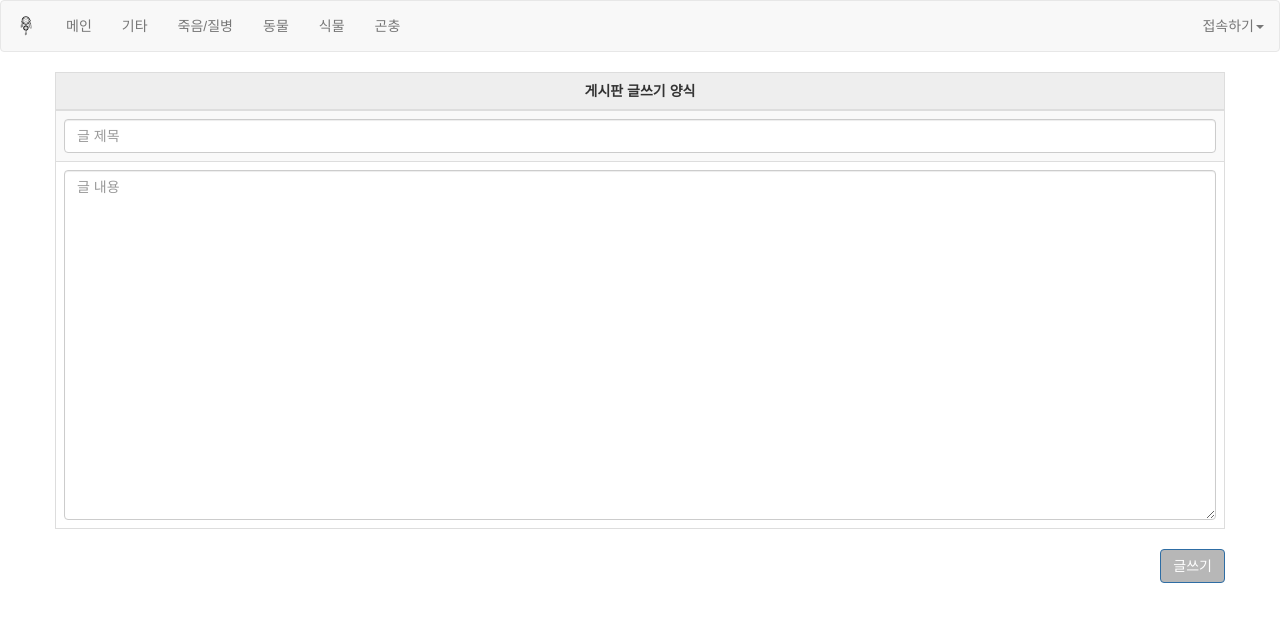
Repository: tjshee39/-1-2
Page: http://localhost/BBS/writeLife.jsp
The author's editor kept a copy of each file at every save. The page is drawn from the files as they stood at one save, then again after the next save.
The browser window is 1280 px wide. The pictures show the whole page.
Some web fonts or font styles are not loaded; a fallback is used. The page is served by Tomcat 9.

Above is the page before, as saved 2020-06-27 06:50:08.

After the next save:
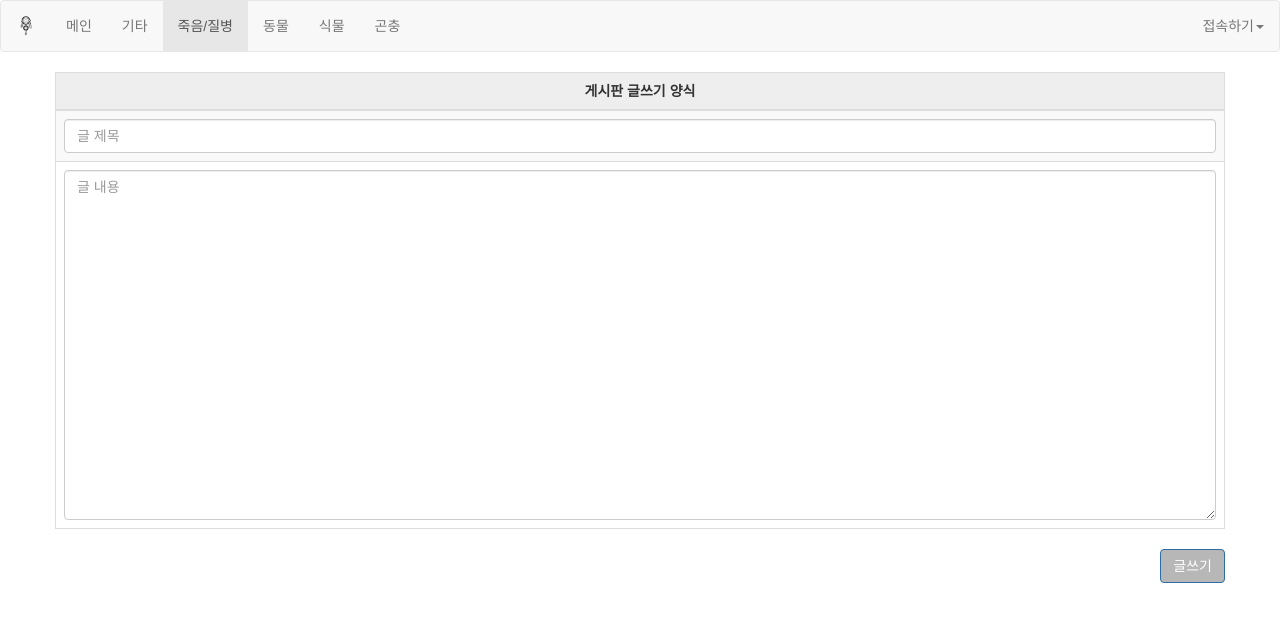
Saved 11 s later.
--- a/project/BBS/WebContent/writeLife.jsp
+++ b/project/BBS/WebContent/writeLife.jsp
@@ -35,10 +35,10 @@
 			<ul class="nav navbar-nav">
 				<li><a href="main.jsp">메인</a></li>  <!-- active: 현재 접속한 페이지 -->
 				<li><a href="bbs.jsp">기타</a></li>
-				<li><a href="bbsLife.jsp">죽음/질병</a>
+				<li class="active"><a href="bbsLife.jsp">죽음/질병</a>
 				<li><a href="bbsAnimal.jsp">동물</a>
 				<li><a href="bbsPlant.jsp">식물</a>
-				<li ><a href="bbsInsect.jsp">곤충</a>
+				<li><a href="bbsInsect.jsp">곤충</a>
 			</ul>
 			<%  //로그인 되어있지 않은 경우만 나올 수 있음(접속하기)
 				if (userID == null) {
